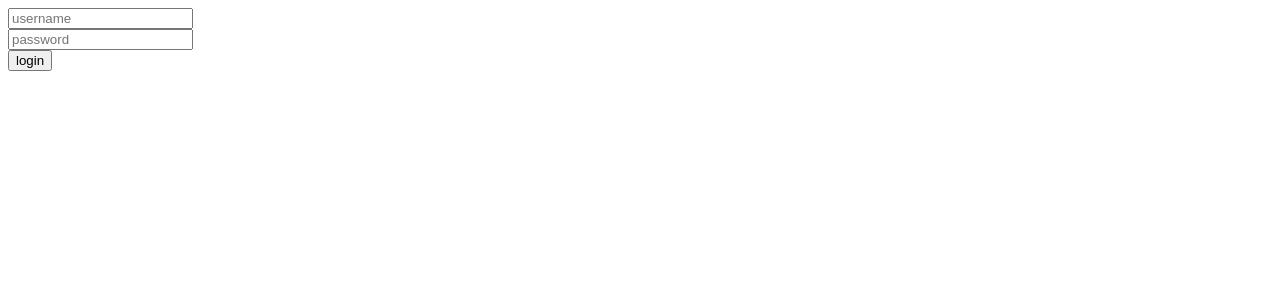
Repository: anil1581994/SpringBasicProgram
Page: http://localhost/MvcLoginRegistration/login.jsp
The author's editor kept a copy of each file at every save. The page is drawn from the files as they stood at one save, then again after the next save.
The browser window is 1280 px wide. The pictures show the whole page.
The page is served by Tomcat 9. Other server files are loaded and not shown.

Above is the page before, as saved 2018-02-14 09:55:21.

### MvcLoginRegistration/src/main/webapp/login.jsp
<%@ page language="java" contentType="text/html; charset=UTF-8"
    pageEncoding="UTF-8"%>
<!DOCTYPE html PUBLIC "-//W3C//DTD HTML 4.01 Transitional//EN" "http://www.w3.org/TR/html4/loose.dtd">
<html>
<head>
<meta http-equiv="Content-Type" content="text/html; charset=UTF-8">
<title>login</title>
</head>
<body>
<form action="loginProcess" method="post">
<input type="text" placeholder="username" name="username"/><br>
<input type="text" placeholder="password" name="password"/><br>
<input type="submit" value="login">
</form>
</body>
</html>

After the next save:
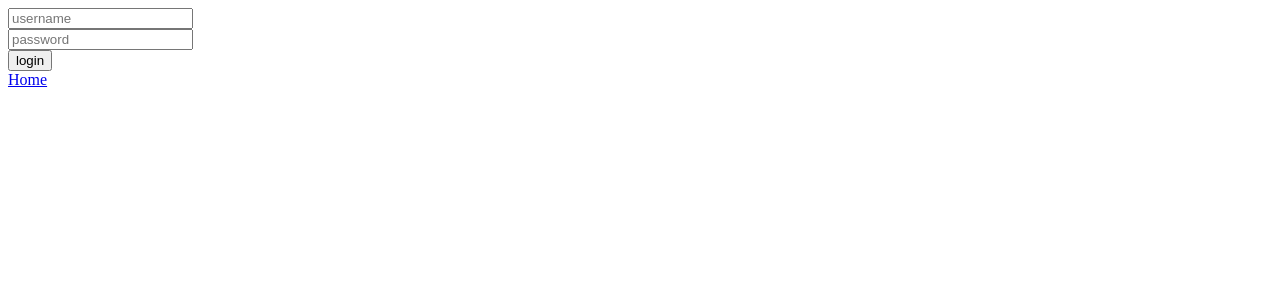
Saved 67 s later.
--- a/MvcLoginRegistration/src/main/webapp/login.jsp
+++ b/MvcLoginRegistration/src/main/webapp/login.jsp
@@ -12,5 +12,6 @@
 <input type="text" placeholder="password" name="password"/><br>
 <input type="submit" value="login">
 </form>
+<a href="home.jsp">Home</a>
 </body>
 </html>
